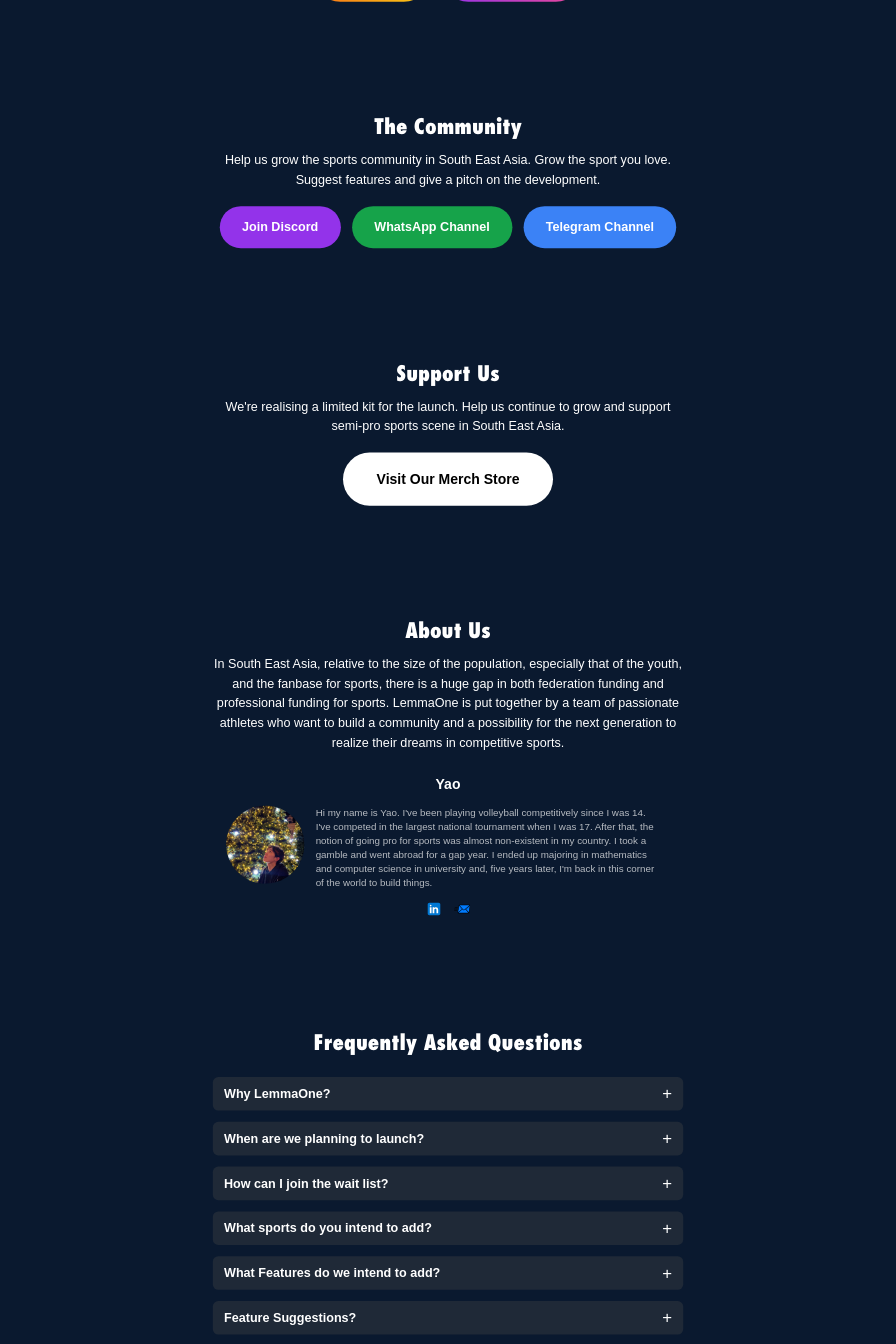
Repository: yao-creative/lemma-one-launch
Page: /
The author's editor kept a copy of each file at every save. The page is drawn from the files as they stood at one save, then again after a run of saves.
The browser window is 1280 px wide. The pictures show the part of the page from y = 921 to 2841 px (the page is 3036 px tall before and 3064 px after), at 70% of full size.
Some web fonts or font styles are not loaded; a fallback is used. The project was rebuilt for these pictures with package versions that can differ from the ones it lists, and the page was loaded fresh each time. The framework's server and built-in components were replaced by stand-ins that run in the browser. Also part of the build but not shown: next.config.js, next.config.mjs, app/components/WaitListForm.tsx.

Above is the page before, as saved 2024-09-29 11:36:30.

### app/layout.tsx
import type { Metadata } from "next";
import localFont from "next/font/local";
import "./globals.css";

const geistSans = localFont({
  src: "./fonts/GeistVF.woff2",
  variable: "--font-geist-sans",
});

const geistMono = localFont({
  src: "./fonts/GeistMonoVF.woff2",
  variable: "--font-geist-mono",
});

const nikeFont = localFont({
  src: "./fonts/Futura-Condensed-Extra-Bold.otf",
  variable: "--font-nike",
});

export const metadata: Metadata = {
  title: "LemmaOne",
  description: "A space for semi-pro athletes. Growing the sport we love.",
};

export default function RootLayout({
  children,
}: Readonly<{
  children: React.ReactNode;
}>) {
  return (
    <html lang="en">
      <body className={`${geistSans.variable} ${geistMono.variable} ${nikeFont.variable} font-sans`}>
        {children}
      </body>
    </html>
  );
}

### app/page.tsx
'use client';

import { useRef, useState } from 'react';
import Image from 'next/image';
import { signUpWithGoogle, signUpWithFacebook, signUpWithPhone } from './lib/auth';
import { ApplicationVerifier } from 'firebase/auth';
import WaitListForm from './components/WaitListForm';
import FAQSection from './components/FAQSection';
import AboutSection from './components/AboutSection';

export default function Home() {
  const [menuOpen, setMenuOpen] = useState(false);
  const platformRef = useRef<HTMLElement>(null);
  const waitListRef = useRef<HTMLElement>(null);
  const communityRef = useRef<HTMLElement>(null);
  const supportRef = useRef<HTMLElement>(null);
  const aboutRef = useRef<HTMLElement>(null);
  const faqRef = useRef<HTMLElement>(null);

  const scrollToSection = (ref: React.RefObject<HTMLElement>) => {
    ref.current?.scrollIntoView({ behavior: 'smooth' });
    setMenuOpen(false);
  };

  const [openFAQ, setOpenFAQ] = useState<number | null>(null);

  const toggleFAQ = (index: number) => {
    setOpenFAQ(openFAQ === index ? null : index);
  };

  const faqs = [
    {
      question: "Why LemmaOne?",
      answer: "A Lemma is a term in mathematics for an intermediate result or tool to prove a theorem. We are creating LemmaOne to prove that semi-pro sports is possible in South East Asia."
    },
    {
      question: "When are we planning to launch?",
      answer: "We plan on launching end of October or sometime in November with initial features and then add more features as we grow."
    },
    {
      question: "How can I join the wait list?",
      answer: "You can join the wait list by clicking on either the 'Players' or 'Organizers' button in the 'Join the Wait List' section and filling the form. We'll create an account for you upon soft launch."
    },
    {
      question: "What sports do you intend to add?",
      answer: "Currently Badminton, Volleyball, Basketball, Football, and Futsal, but we're open to suggestions"
    },
    {
      question: "What Features do we intend to add?",
      answer: "We're currently building a platform for sports hosting, but would like to grow into an interactive community to help build local tournaments to create a more immersive tournament experience, broaden their reach, and find new monetization methods. This way we can help grow a sustainable semi-pro sports community in South East Asia. "
    },
    {
      question: "Feature Suggestions?",
      answer: "We're always looking for new ideas an feature improvements. Join the Discord to build a community with us."
    },
    {
      question: "Have something to contribute?",
      answer: (
        <div className="flex flex-col items-center">
          <p>We're always looking for passionate web developers, designers, people with ideas, and passionate athletes to grow the community. You can contact us through our email or team member linkedin pages.</p>
          <a href="mailto:yytanwork@gmail.com" className="mt-2">
            <Image src="/icons/email.svg" alt="Email" width={24} height={24} />
          </a>
        </div>
      ),
    }

  ];

  const [showPlayerForm, setShowPlayerForm] = useState(false);
  const [showOrganizerForm, setShowOrganizerForm] = useState(false);
  const [formData, setFormData] = useState({
    name: '',
    sports: [] as string[],
    otherSports: [] as string[], // Changed from otherSport to otherSports
    interestLevel: '',
    features: '',
    interestedFeatures: [] as string[],
  });

  const handleInputChange = (e: React.ChangeEvent<HTMLInputElement | HTMLSelectElement | HTMLTextAreaElement>) => {
    const { name, value, type } = e.target;

    if (type === 'select-multiple') {
      const select = e.target as HTMLSelectElement;
      const selectedOptions = Array.from(select.selectedOptions).map(option => option.value);
      setFormData(prevData => ({
        ...prevData,
        [name]: selectedOptions,
      }));
    } else {
      setFormData(prevData => ({
        ...prevData,
        [name]: value,
      }));
    }
  };


  const toggleForm = (formType: 'player' | 'organizer') => {
    if (formType === 'player') {
      setShowPlayerForm(true);
      setShowOrganizerForm(false);
    } else {
      setShowPlayerForm(false);
      setShowOrganizerForm(true);
    }
    // Don't reset form data when switching between forms
  };

  const handleSubmit = (e: React.FormEvent<HTMLFormElement>) => {
    e.preventDefault();
    // Here you would handle the form submission, including OAuth authentication
    console.log('Form submitted:', formData);
    // Reset form and hide it after submission
    setFormData({ name: '', sports: [], otherSports: [], interestLevel: '', features: '', interestedFeatures: [] });
    setShowPlayerForm(false);
    setShowOrganizerForm(false);
  };

  const handleSignUp = async (method: 'google' | 'facebook' | 'phone') => {
    try {
      let user;
      switch (method) {
        case 'google':
          user = await signUpWithGoogle(formData);
          break;
        case 'facebook':
          user = await signUpWithFacebook(formData);
          break;
        case 'phone':
          // You'll need to implement a way to get the phone number and set up the ApplicationVerifier
          const phoneNumber = '+1234567890'; // Replace with actual phone number input
          const appVerifier = {} as ApplicationVerifier; // Replace with actual ApplicationVerifier
          user = await signUpWithPhone(phoneNumber, appVerifier, formData);
          break;
      }
      console.log('User signed up:', user);
      // Handle successful sign-up (e.g., show a success message, redirect, etc.)
    } catch (error) {
      console.error('Error signing up:', error);
      // Handle sign-up error (e.g., show an error message)
    }
  };

  return (
    <div className="min-h-screen bg-darkBlue text-white relative overflow-hidden">
      {/* Background layer with glass morphism effect */}
      <div className="absolute inset-0 overflow-hidden">
        <div className="glassmorphism-bg"></div>
      </div>

      <nav className="fixed top-0 left-0 right-0 z-50">
        <div className="mx-auto max-w-6xl mt-4 px-6 py-3 bg-white/10 backdrop-blur-md rounded-full flex justify-between items-center">
          <div className="flex items-center space-x-2">
            <Image src="/logo192.png" alt="LemmaOne Logo" width={48} height={40} />
            <h1 className="text-2xl font-bold font-nike">LemmaOne</h1>
          </div>
          <div className="hidden md:flex space-x-4 items-center">
            <button onClick={() => scrollToSection(platformRef)} className="text-sm hover:text-gray-300">Platform</button>
            <button onClick={() => scrollToSection(waitListRef)} className="text-sm hover:text-gray-300">Wait List</button>
            <button onClick={() => scrollToSection(communityRef)} className="text-sm hover:text-gray-300">Community</button>
            <button onClick={() => scrollToSection(supportRef)} className="text-sm hover:text-gray-300">Support</button>
            <button onClick={() => scrollToSection(aboutRef)} className="text-sm hover:text-gray-300">About</button>
          </div>
          <button onClick={() => setMenuOpen(!menuOpen)} className="md:hidden">
            <svg className="w-6 h-6" fill="none" stroke="currentColor" viewBox="0 0 24 24" xmlns="http://www.w3.org/2000/svg">
              <path strokeLinecap="round" strokeLinejoin="round" strokeWidth={2} d="M4 6h16M4 12h16M4 18h16" />
            </svg>
          </button>
        </div>
        {menuOpen && (
          <div className="md:hidden absolute top-full left-0 right-0 bg-black/90 backdrop-blur-md py-4">
            <button onClick={() => scrollToSection(platformRef)} className="block w-full text-left px-6 py-2 hover:bg-white/10">Platform</button>
            <button onClick={() => scrollToSection(waitListRef)} className="block w-full text-left px-6 py-2 hover:bg-white/10">Join Wait List</button>
            <button onClick={() => scrollToSection(communityRef)} className="block w-full text-left px-6 py-2 hover:bg-white/10">Community</button>
            <button onClick={() => scrollToSection(supportRef)} className="block w-full text-left px-6 py-2 hover:bg-white/10">Support</button>
            <button onClick={() => scrollToSection(aboutRef)} className="block w-full text-left px-6 py-2 hover:bg-white/10">About</button>
          </div>
        )}
      </nav>

      <main className="relative z-10 flex min-h-screen flex-col items-center justify-between p-4 md:p-24 space-y-16 md:space-y-24 pt-24 md:pt-32">
        <section className="text-center flex flex-col items-center title-section">
          <h2 className="text-4xl md:text-5xl font-bold font-nike mb-4">LemmaOne</h2>
          <p className="text-lg md:text-xl max-w-2xl">An all-in-one tournament space. Grow the sport you love.</p>
        </section>

        <section ref={platformRef} className="text-center flex flex-col items-center justify-center w-full max-w-4xl section-glass rounded-3xl p-8 my-16">
          <h3 className="text-2xl md:text-3xl font-semibold font-nike mb-4">A Platform for Athletes and Tournament Organizers</h3>
          <p className="text-base md:text-lg max-w-2xl mb-4">
            Introducing an all-in-one sports tournament hosting platform. LemmaOne connects athletes and organizers, providing a space to grow the sport from amateur to semi-pro levels by collaborating with organizers to create a more immersive tournament experience and scale their reach.
          </p>
          <p className="text-base md:text-lg max-w-2xl font-bold">
            We're also on a mission to make semi-pro sports a reality in South East Asia. We want to empower semi-pro athletes and tournaments.
          </p>
        </section>

        <section ref={waitListRef} className="text-center flex flex-col items-center justify-center w-full max-w-4xl section-glass rounded-3xl p-8 my-16">
          <h3 className="text-2xl md:text-3xl font-semibold font-nike mb-4">Join the Wait List</h3>
          <p className="text-base md:text-lg mb-6 max-w-2xl">
            By joining the wait list we'll create an account for you upon soft launch.
          </p>
          <div className="flex flex-col md:flex-row justify-center space-y-4 md:space-y-0 md:space-x-4">
            <button
              onClick={() => toggleForm('player')}
              className={`px-12 py-6 rounded-full text-xl font-semibold text-white transition-all duration-300 animate-pulse-subtle ${
                showPlayerForm ? 'bg-gradient-to-r from-orange-600 to-yellow-500' : 'bg-gradient-to-r from-orange-500 to-yellow-400 hover:from-orange-600 hover:to-yellow-500'
              }`}
            >
              Players
            </button>
            <button
              onClick={() => toggleForm('organizer')}
              className={`px-12 py-6 rounded-full text-xl font-semibold text-white transition-all duration-300 animate-pulse-subtle ${
                showOrganizerForm ? 'bg-gradient-to-r from-purple-700 to-pink-600' : 'bg-gradient-to-r from-purple-600 to-pink-500 hover:from-purple-700 hover:to-pink-600'
              }`}
            >
              Organizers
            </button>
          </div>

          {(showPlayerForm || showOrganizerForm) && (
            <WaitListForm
              formData={formData}
              setFormData={setFormData}
              handleInputChange={handleInputChange}
              handleSubmit={handleSubmit}
              handleSignUp={handleSignUp}
              showPlayerForm={showPlayerForm}
            />
          )}
        </section>

        <section ref={communityRef} className="text-center flex flex-col items-center justify-center w-full max-w-4xl section-glass rounded-3xl p-8 my-16">
          <h3 className="text-2xl md:text-3xl font-semibold font-nike mb-4">The Community</h3>
          <p className="text-base md:text-lg mb-6 max-w-2xl">
            Help us grow the sports community in South East Asia. Grow the sport you love. Suggest features and give a pitch on the development.
          </p>
          <div className="flex flex-wrap justify-center gap-4">
            <a href="https://discord.gg/q8RxTuKQXV" className="inline-block px-8 py-4 rounded-full text-lg bg-purple-600 text-white font-semibold hover:bg-purple-700 transition-colors duration-300 neon-button-purple">
              Join Discord
            </a>
            <a href="#" className="inline-block px-8 py-4 rounded-full text-lg bg-green-600 text-white font-semibold hover:bg-green-700 transition-colors duration-300 neon-button-green">
              WhatsApp Channel
            </a>
            <a href="#" className="inline-block px-8 py-4 rounded-full text-lg bg-blue-500 text-white font-semibold hover:bg-blue-600 transition-colors duration-300 neon-button-blue">
              Telegram Channel
            </a>
          </div>
        </section>

        <section ref={supportRef} className="text-center flex flex-col items-center justify-center w-full max-w-4xl section-glass rounded-3xl p-8 my-16">
          <h3 className="text-2xl md:text-3xl font-semibold font-nike mb-4">Support Us</h3>
          <p className="text-base md:text-lg mb-6 max-w-2xl">
            We're realising a limited kit for the launch. Help us continue to grow and support semi-pro sports scene in South East Asia.
          </p>
          <a href="#" className="inline-block px-12 py-6 rounded-full text-xl bg-white text-black font-semibold hover:bg-gray-200 transition-colors duration-300">
            Visit Our Merch Store
          </a>
        </section>

        <AboutSection />
        <FAQSection faqs={faqs} />
      </main>
    </div>
  );
}

### app/globals.css
@tailwind base;
@tailwind components;
@tailwind utilities;

:root {
  --background: #000000;
  --foreground: #ffffff;
}

@media (prefers-color-scheme: dark) {
  :root {
    --background: #0a0a0a;
    --foreground: #ededed;
  }
}

body {
  color: var(--foreground);
  background: var(--background);
}

/* Keep the rest of your custom CSS as is */

### app/lib/auth.ts
import { auth, db } from './firebase';
import { signInWithPopup, GoogleAuthProvider, FacebookAuthProvider, PhoneAuthProvider, signInWithPhoneNumber, ApplicationVerifier } from 'firebase/auth';
import { doc, setDoc } from 'firebase/firestore';

export async function signUpWithGoogle(formData: any) {
  const provider = new GoogleAuthProvider();
  try {
    const result = await signInWithPopup(auth, provider);
    await setDoc(doc(db, 'users', result.user.uid), {
      ...formData,
      email: result.user.email,
      authProvider: 'google',
    });
    return result.user;
  } catch (error) {
    console.error('Error signing up with Google:', error);
    throw error;
  }
}

export async function signUpWithFacebook(formData: any) {
  const provider = new FacebookAuthProvider();
  try {
    const result = await signInWithPopup(auth, provider);
    await setDoc(doc(db, 'users', result.user.uid), {
      ...formData,
      email: result.user.email,
      authProvider: 'facebook',
    });
    return result.user;
  } catch (error) {
    console.error('Error signing up with Facebook:', error);
    throw error;
  }
}

export async function signUpWithPhone(phoneNumber: string, appVerifier: ApplicationVerifier, formData: any) {
  try {
    const confirmationResult = await signInWithPhoneNumber(auth, phoneNumber, appVerifier);
    // You'll need to implement a way to get the verification code from the user
    // For this example, we'll assume you have a way to get the code
    const verificationCode = await getVerificationCodeFromUser();
    const result = await confirmationResult.confirm(verificationCode);
    await setDoc(doc(db, 'users', result.user.uid), {
      ...formData,
      phoneNumber: result.user.phoneNumber,
      authProvider: 'phone',
    });
    return result.user;
  } catch (error) {
    console.error('Error signing up with phone:', error);
    throw error;
  }
}

// This function is a placeholder. You'll need to implement this based on your UI.
async function getVerificationCodeFromUser(): Promise<string> {
  // Implement your logic to get the verification code from the user
  return '123456'; // This is just a placeholder
}

### app/components/FAQSection.tsx
import React, { useState } from 'react';

interface FAQ {
  question: string;
  answer: string | JSX.Element;
}

interface FAQSectionProps {
  faqs: FAQ[];
}

const FAQSection: React.FC<FAQSectionProps> = ({ faqs }) => {
  const [openFAQ, setOpenFAQ] = useState<number | null>(null);

  const toggleFAQ = (index: number) => {
    setOpenFAQ(openFAQ === index ? null : index);
  };

  return (
    <section className="text-center flex flex-col items-center justify-center w-full max-w-4xl section-glass rounded-3xl p-8 my-16">
      <h3 className="text-2xl md:text-3xl font-semibold font-nike mb-8">Frequently Asked Questions</h3>
      <div className="w-full max-w-2xl">
        {faqs.map((faq, index) => (
          <div key={index} className="mb-4">
            <button
              className="flex justify-between items-center w-full text-left px-4 py-2 bg-gray-800 hover:bg-gray-700 transition-colors duration-300 rounded-lg"
              onClick={() => toggleFAQ(index)}
            >
              <span className="text-lg font-semibold">{faq.question}</span>
              <span className="text-2xl">{openFAQ === index ? '−' : '+'}</span>
            </button>
            {openFAQ === index && (
              <div className="mt-2 px-4 py-2 bg-gray-900 rounded-lg">
                <p className="text-base">{faq.answer}</p>
              </div>
            )}
          </div>
        ))}
      </div>
    </section>
  );
};

export default FAQSection;

### app/components/AboutSection.tsx
import React from 'react';
import Image from 'next/image';

const AboutSection: React.FC = () => {
  return (
    <section className="text-center flex flex-col items-center justify-center w-full max-w-4xl section-glass rounded-3xl p-8 my-16">
      <h3 className="text-2xl md:text-3xl font-semibold font-nike mb-4">About Us</h3>
      <p className="text-base md:text-lg max-w-2xl mb-8">
        In South East Asia, relative to the size of the population, especially that of the youth, and the fanbase for sports, there is a huge gap in both federation funding and professional funding for sports. LemmaOne is put together by a team of passionate athletes who want to build a community and a possibility for the next generation to realize their dreams in competitive sports.
      </p>
      <div className="flex flex-col items-center w-full">
        <h3 className="text-xl font-semibold mb-4 text-center">Yao</h3>
        <div className="flex flex-col md:flex-row items-center md:items-start gap-4">
          <div className="relative w-28 h-28 flex-shrink-0 mb-4 md:mb-0">
            <Image
              src="/about/profile.jpg"
              alt="Yao"
              layout="fill"
              objectFit="cover"
              className="rounded-full"
            />
          </div>
          <p className="text-sm opacity-70 text-center md:text-left md:pr-4 max-w-prose">
            Hi my name is Yao. I've been playing volleyball competitively since I was 14. I've competed in the largest national tournament when I was 17. After that, the notion of going pro for sports was almost non-existent in my country. I took a gamble and went abroad for a gap year. I ended up majoring in mathematics and computer science in university and, five years later, I'm back in this corner of the world to build things.
          </p>
        </div>
        <div className="flex flex-row items-center justify-center mt-4">
          <a href="https://www.linkedin.com/in/yi-yao-tan-9719301a3/" className="flex items-center mx-2">
            <Image src="/icons/linkedin.svg" alt="LinkedIn" width={24} height={24} className="hover:opacity-80" />
          </a>
          <a href="mailto:yytanwork@gmail.com" className="flex items-center mx-2">
            <Image src="/icons/email.svg" alt="Email" width={24} height={24} className="hover:opacity-80" />
          </a>
        </div>
      </div>
    </section>
  );
};

export default AboutSection;

### app/lib/firebase.ts
import { initializeApp, getApps } from 'firebase/app';
import { getAuth } from 'firebase/auth';
import { getFirestore } from 'firebase/firestore';

const firebaseConfig = {
  apiKey: process.env.NEXT_PUBLIC_FIREBASE_API_KEY,
  authDomain: process.env.NEXT_PUBLIC_FIREBASE_AUTH_DOMAIN,
  projectId: process.env.NEXT_PUBLIC_FIREBASE_PROJECT_ID,
  storageBucket: process.env.NEXT_PUBLIC_FIREBASE_STORAGE_BUCKET,
  messagingSenderId: process.env.NEXT_PUBLIC_FIREBASE_MESSAGING_SENDER_ID,
  appId: process.env.NEXT_PUBLIC_FIREBASE_APP_ID,
  measurementId: process.env.NEXT_PUBLIC_FIREBASE_MEASUREMENT_ID,
};

// Initialize Firebase
let firebase_app = getApps().length === 0 ? initializeApp(firebaseConfig) : getApps()[0];

// Initialize Firebase services
const auth = getAuth(firebase_app);
const db = getFirestore(firebase_app);

export { firebase_app, auth, db };

Loaded but not shown: tailwind.config.js (21 lines, source omitted)

After the next 13 saves:
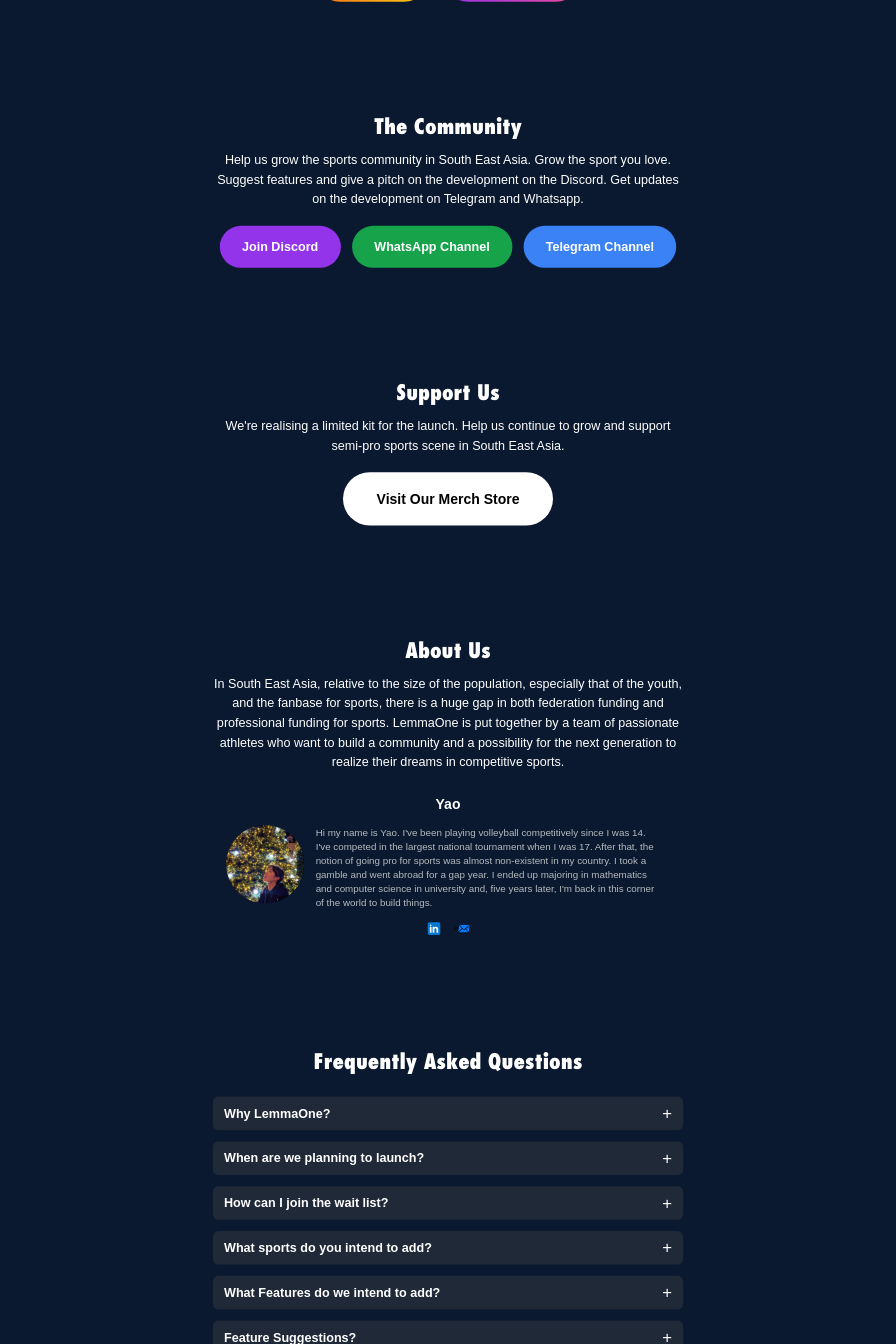
The 13 saves are shown as one change because they came seconds apart.
The last was saved 3 min 2 s later.
--- a/app/page.tsx
+++ b/app/page.tsx
@@ -235,7 +235,7 @@
         <section ref={communityRef} className="text-center flex flex-col items-center justify-center w-full max-w-4xl section-glass rounded-3xl p-8 my-16">
           <h3 className="text-2xl md:text-3xl font-semibold font-nike mb-4">The Community</h3>
           <p className="text-base md:text-lg mb-6 max-w-2xl">
-            Help us grow the sports community in South East Asia. Grow the sport you love. Suggest features and give a pitch on the development.
+            Help us grow the sports community in South East Asia. Grow the sport you love. Suggest features and give a pitch on the development on the Discord. Get updates on the development on Telegram and Whatsapp.
           </p>
           <div className="flex flex-wrap justify-center gap-4">
             <a href="https://discord.gg/q8RxTuKQXV" className="inline-block px-8 py-4 rounded-full text-lg bg-purple-600 text-white font-semibold hover:bg-purple-700 transition-colors duration-300 neon-button-purple">
